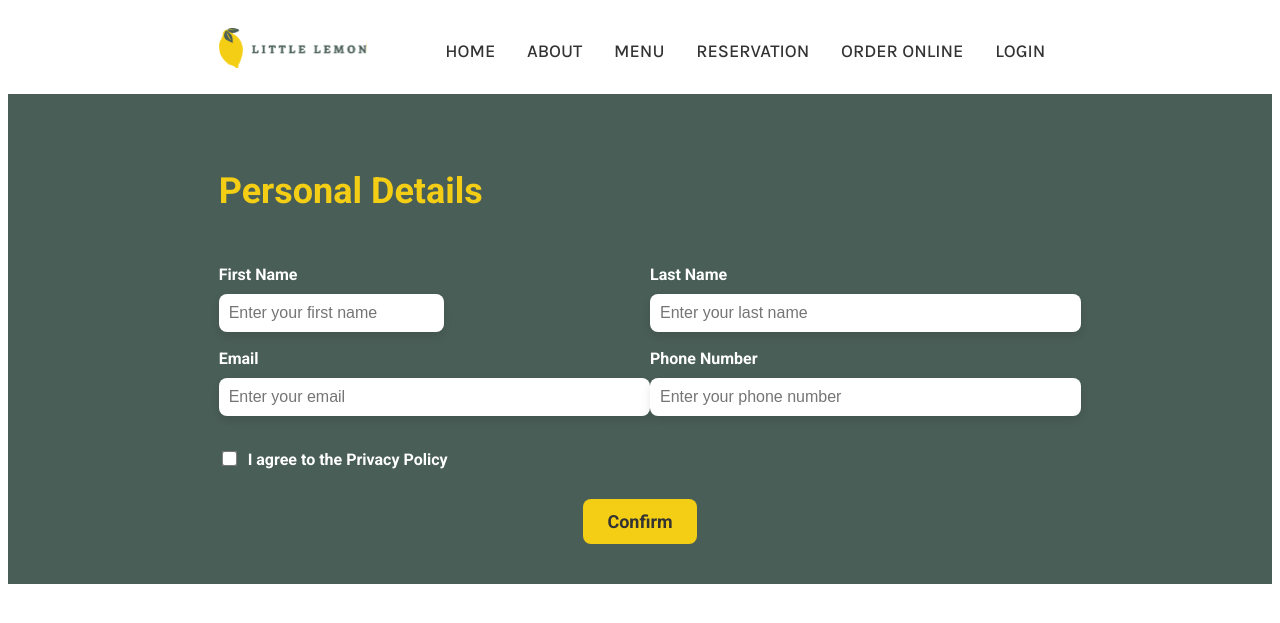
Repository: Yeshwanth-189/little-lemon
Page: /personal-details (app in little-lemon/)
An editor plug-in stored every save of this project. The page is shown before and after the next save, followed by the edit.
The browser window is 1280 px wide. The pictures show the whole page.
The project was rebuilt for these pictures with package versions that can differ from the ones it lists, and the page was loaded fresh each time. Also part of the build but not shown: little-lemon/src/index.css, little-lemon/src/components/Hero/Hero.css, little-lemon/src/components/Hero/Hero.jsx, little-lemon/src/components/Specials/Specials.css, little-lemon/src/components/Specials/Specials.jsx, little-lemon/src/components/Testimonials/Testimonials.css, little-lemon/src/components/Testimonials/Testimonials.jsx, little-lemon/src/components/About/About.css and 6 more.

Above is the page before, as saved 2025-04-26 23:43:12.

After the next save:
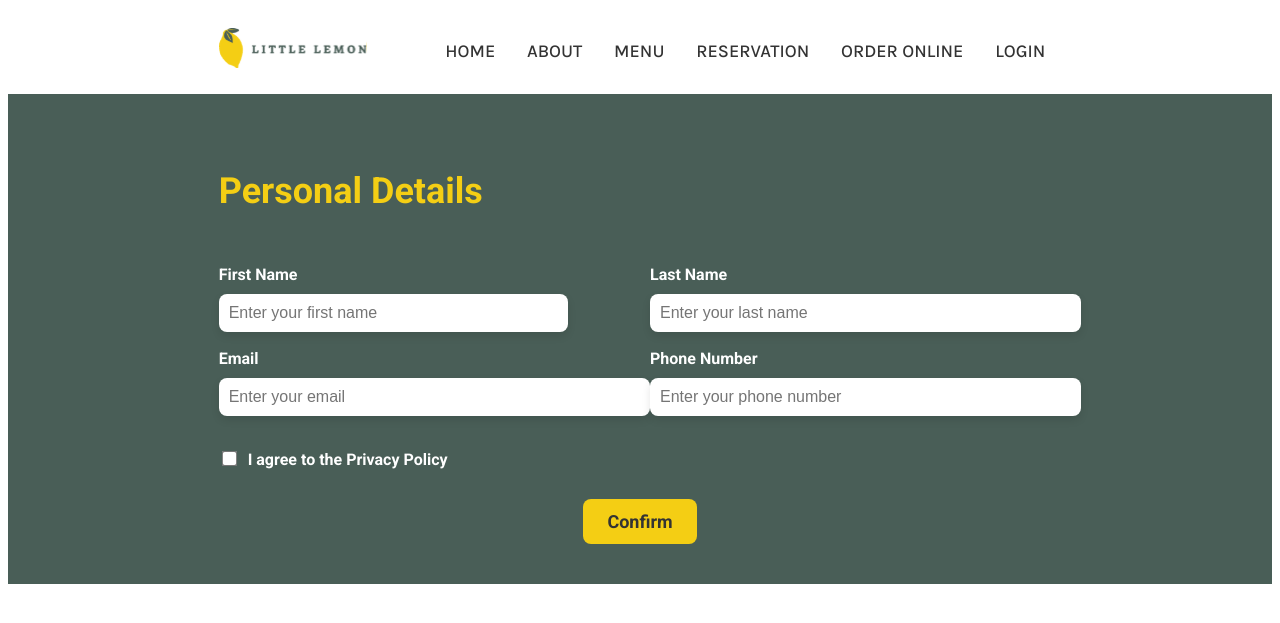
Saved 6 s later.
--- a/little-lemon/src/components/PersonalDetails/PersonalDetails.jsx
+++ b/little-lemon/src/components/PersonalDetails/PersonalDetails.jsx
@@ -48,7 +48,7 @@ function PersonalDetails() {
                     type="text"
                     placeholder="Enter your first name"
                     className="input-field"
-                    style={{ width: "50%" }}
+                    style={{ width: "80%" }}
                   />
                   <ErrorMessage
                     name="firstName"
